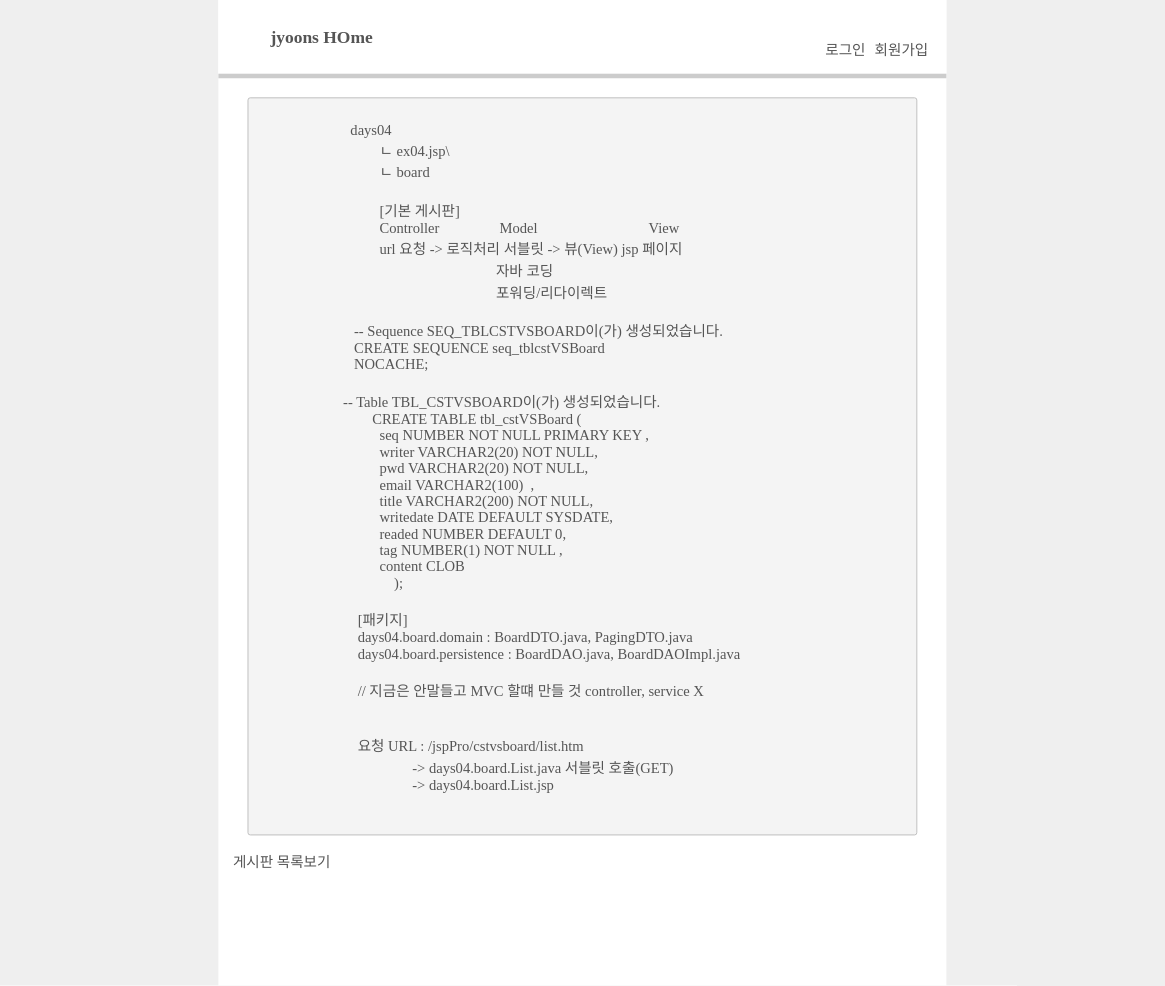
Repository: jyoons00/JSP-sample
Page: http://localhost/jspPro/days04/ex04.jsp
The author's editor kept a copy of each file at every save. The page is drawn from the files as they stood at one save, then again after the next save.
The browser window is 1280 px wide. The pictures show the whole page, at 91% of full size.
Some web fonts or font styles are not loaded; a fallback is used. The page is served by Tomcat 9. Other server files are loaded and not shown.

Above is the page before, as saved 2024-10-18 07:04:36.

### jspPro/src/main/webapp/days04/ex04.jsp
<%@ page contentType="text/html; charset=UTF-8" pageEncoding="UTF-8"%>
<%@ taglib prefix="c" uri="http://java.sun.com/jsp/jstl/core" %>
<!DOCTYPE html>
<html>
  <head>
    <meta charset="UTF-8" />
    <title>Insert title here</title>
    <link
      rel="shortcut icon"
      type="image/x-icon"
      href="http://localhost/jspPro/images/SiSt.ico"
    />
    <script src="https://ajax.googleapis.com/ajax/libs/jquery/3.7.1/jquery.min.js"></script>
    <meta name="viewport" content="width=device-width, initial-scale=1.0" />
    <link
      rel="stylesheet"
      href="http://localhost/jspPro/resources/cdn-main/example.css"
    />
    <script src="http://localhost/jspPro/resources/cdn-main/example.js"></script>
    <style>
      span.material-symbols-outlined {
        vertical-align: text-bottom;
      }
    </style>
  </head>
  <body>
    <header>
      <h1 class="main">
        <a href="#" style="position: absolute; top: 30px">jyoons HOme</a>
      </h1>
      <ul>
        <li><a href="#">로그인</a></li>
        <li><a href="#">회원가입</a></li>
      </ul>
    </header>
    <div>
      <xmp class="code">
   			days04
   				ㄴ ex04.jsp\
   				ㄴ board

   				[기본 게시판]
   				Controller		 Model				  View
   				url 요청 -> 로직처리 서블릿 -> 뷰(View) jsp 페이지
   								자바 코딩
   								포워딩/리다이렉트

   			 -- Sequence SEQ_TBLCSTVSBOARD이(가) 생성되었습니다.
		         CREATE SEQUENCE seq_tblcstVSBoard
		         NOCACHE;

		      -- Table TBL_CSTVSBOARD이(가) 생성되었습니다.
			      CREATE TABLE tbl_cstVSBoard (
			        seq NUMBER NOT NULL PRIMARY KEY ,
			        writer VARCHAR2(20) NOT NULL,
			        pwd VARCHAR2(20) NOT NULL,
			        email VARCHAR2(100)  ,
			        title VARCHAR2(200) NOT NULL,
			        writedate DATE DEFAULT SYSDATE,
			        readed NUMBER DEFAULT 0,
			        tag NUMBER(1) NOT NULL ,
			        content CLOB
		  		    );

		  	  [패키지]
		  	  days04.board.domain : BoardDTO.java, PagingDTO.java
		  	  days04.board.persistence : BoardDAO.java, BoardDAOImpl.java

		  	  // 지금은 안말들고 MVC 할떄 만들 것 controller, service X


		  	  요청 URL : /jspPro/cstvsboard/list.htm
		  	  		 -> days04.board.List.java 서블릿 호출(GET)
		  	  		 -> days04.board.List.jsp

  	  </xmp>

  	 <a href="/jspPro/cstvsboard/list.htm">게시판 목록보기</a>
    </div>

  </body>
</html>

### jspPro/src/main/webapp/resources/cdn-main/example.css
@charset "UTF-8";

@import url('https://fonts.googleapis.com/css2?family=Material+Symbols+Outlined:opsz,wght,FILL,GRAD@20..48,100..700,0..1,-50..200');

@font-face {
    font-family: 'GmarketSansMedium';
    src: url('https://cdn.jsdelivr.net/gh/projectnoonnu/noonfonts_2001@1.1/GmarketSansMedium.woff') format('woff');
    font-weight: normal;
    font-style: normal;
}

:root {
	--text-color: #555;
	--sub-text-color: #777;
	--back-color: #EFEFEF;
	--header-color: #444;
	--primary-color: #DEDEDE;
	--secondary-color: #EFEFEF;
	--default-width: 800px;
	--narrow-width: 500px;
	--wide-width: 1200px;
	--text-font: 'GmarketSansMedium';
	--icon-font: 'Material Symbols Outlined';
	--border-color: #CCC;
}

html, body {
	margin: 0;
	padding: 0;
}

html {
	background-color: var(--back-color);
	display: flex;
	justify-content: center;
	min-height: 100vh;
}

body, body.default {
	width: var(--default-width);
	background-color: white;
	padding-bottom: 120px;
}

body.wide {
	width: var(--wide-width);
}

body.narrow {
	width: var(--narrow-width);
}



body, p, div, span, a, input, select, option, textarea, button, table, th, td, label, fieldset, legend {
	font-family: var(--text-font);
	color: var(--text-color);
}

h1, h2, h3 {
	font-family: var(--text-font);
	color: var(--header-color);
	padding: 0 1rem;
	padding-top: .5rem;
}

div > h1, div > h2, div > h3 {
	padding: 0;
}

body > div, body > main > div {
	padding: 0.3rem 1rem;
}


h1 { font-size: 2rem; border-bottom: 1px solid var(--border-color); }
h1 small { font-size: 1.2rem; color: var(--sub-text-color); }
h2 { font-size: 1.5rem; border-bottom: 1px dashed var(--border-color); }
h2 small { font-size: 1.1rem; color: --sub-text-color; }
h3 { font-size: 1.2rem; }
h3 small { font-size: 1rem; color: --sub-text-color; }



h1.main::before {
	font-family: var(--icon-font);
  	content: '\e666';
  	margin-right: 10px;
  	float: left;
	font-size: 2.5rem;
}

h1.sub::before {
	font-family: var(--icon-font);
  	content: '\ea19';
  	margin-right: 10px;
  	float: left;
	font-size: 2.5rem;
}


h1.page::before {
	font-family: var(--icon-font);
  	content: '\e0e0';
  	margin-right: 10px;
  	float: left;
	font-size: 2.5rem;
}

body > header > ul > li > .active{
	background-color: #FFF;
	color:#F00;
}

body > header {
	display: flex;
	justify-content: space-between;
	border-bottom: 5px solid var(--border-color);
	min-height: 74px;
	background-color: #FFF;
}

body > header.sticky {
	position: sticky;
	top: 0;
	z-index: 98;
}

body > header > h1 {
	font-size: 1.2rem;
	border: 0;
}

body > header.in > h1::before {
	font-family: var(--icon-font);
  	content: '\e332‥';
  	margin-right: 3px;
  	float: left;
	font-size: 2rem;
}


body > header > ul {
	list-style-type: none;
	display: flex;
	align-items: flex-end;
	margin-right: 10px;
}

body > header > ul > li {
	margin-right: 10px;
	cursor: pointer;
}

body > header > ul > li > a {
	cursor: pointer;
}


form {
	display: block;
}

form > div {
	padding: 0.3rem 1rem;
}

div > form > div {
	padding: 0.3rem 0;
}

input, textarea, button, select {
	border: 1px solid #BBB;
	border-radius: 3px;
	outline: none;
	resize: none;
	padding: 7px;
	margin: 0;
}

input[type=text]:read-only, textarea:read-only {
	cursor: not-allowed;
	background-color: #FFF;
}

input[type=text]:disabled, textarea:disabled {
	cursor: not-allowed;
	background-color: #EEE;
}

input[type=text], input[type=password], textarea, button, select {
	/* width: 300px; */
}

textarea {
	display: block;
	height: 100px;
}

input[type=button], input[type=submit], button {
	/* width: inherit; */
}

input.short, textarea.short, button.short, select.short {
	width: 100px;
}

input.long, textarea.long, button.long, select.long {
	width: 350px;
}

.narrow input.long, .narrow textarea.long, .narrow button.long, .narrow select.long {
	width: calc(100% - 20px);
}

input.full, textarea.full, button.full, select.full {
	width: calc(100% - 20px);
}

textarea.short {
	height: 50px;
}

textarea.long {
	height: 100px;
}

textarea.full {
	height: 200px;
}

input, textarea {
	padding-top: 8px;
}

input[type=button], input[type=submit], button {
	padding: 5px 10px;
	background-color: var(--secondary-color);
	cursor: pointer;
	min-height: 36px;
}

input[type=button].primary, input[type=submit].primary, button.primary {
	/* background-color: rgba(100, 149, 237, .2); */
	background-color: var(--primary-color);
}

input[type=button].primary:hover, input[type=submit].primary:hover, button.primary:hover {
	/* background-color: rgba(100, 149, 237, .3); */
	background-color: var(--secondary-color);
}

input[type=button]:hover, input[type=submit]:hover, button:hover {
	background-color: var(--primary-color);
}

button {
	position: relative;
	left: 0;
	top: 0;
	padding-left: 35px;
}

button .material-symbols-outlined {
	position: absolute;
	left: 10px;
	top: 4px;
}

/* k2nik add */
button.login::before {
	font-family: var(--icon-font);
  	content: '\ea77';
	position: absolute;
	left: 11px;
	top: 4px;
	font-size: 1.25rem;
}

/* k2nik logout */
button.logout::before {
	font-family: var(--icon-font);
  	content: '\e9ba';
	position: absolute;
	left: 11px;
	top: 4px;
	font-size: 1.25rem;
}

/* k2nik help */
button.help::before {
	font-family: var(--icon-font);
  	content: '\f1c0';
	position: absolute;
	left: 11px;
	top: 4px;
	font-size: 1.25rem;
}

button.add::before{
	font-family: var(--icon-font);
  	content: '\e746';
	position: absolute;
	left: 11px;
	top: 4px;
	font-size: 1.25rem;
}

button.back::before {
	font-family: var(--icon-font);
  	content: '\e166';
	position: absolute;
	left: 11px;
	top: 4px;
	font-size: 1.25rem;
}

button.list::before {
	font-family: var(--icon-font);
  	content: '\e0ee';
	position: absolute;
	left: 11px;
	top: 4px;
	font-size: 1.25rem;
}


button.del::before {
	font-family: var(--icon-font);
  	content: '\e872';
	position: absolute;
	left: 11px;
	top: 4px;
	font-size: 1.25rem;
}


button.edit::before {
	font-family: var(--icon-font);
  	content: '\e745';
	position: absolute;
	left: 11px;
	top: 4px;
	font-size: 1.25rem;
}


button.login::before {
	font-family: var(--icon-font);
  	content: '\ea77';
	position: absolute;
	left: 11px;
	top: 4px;
	font-size: 1.25rem;
}


button.logout::before {
	font-family: var(--icon-font);
  	content: '\e9ba';
	position: absolute;
	left: 11px;
	top: 4px;
	font-size: 1.25rem;
}


button.in::before {
	font-family: var(--icon-font);
  	content: '\f71a';
	position: absolute;
	left: 11px;
	top: 4px;
	font-size: 1.25rem;
}


button.out::before {
	font-family: var(--icon-font);
  	content: '\f70e';
	position: absolute;
	left: 11px;
	top: 4px;
	font-size: 1.25rem;
}


button.reply::before {
	font-family: var(--icon-font);
  	content: '\e15e';
	position: absolute;
	left: 11px;
	top: 4px;
	font-size: 1.25rem;
}


button.comment::before {
	font-family: var(--icon-font);
  	content: '\e0b9';
	position: absolute;
	left: 11px;
	top: 4px;
	font-size: 1.25rem;
}


button.modal::before {
	font-family: var(--icon-font);
  	content: '\e89e';
	position: absolute;
	left: 11px;
	top: 4px;
	font-size: 1.25rem;
}


button.ok::before {
	font-family: var(--icon-font);
  	content: '\e86c';
	position: absolute;
	left: 11px;
	top: 4px;
	font-size: 1.25rem;
}


button.cancel::before {
	font-family: var(--icon-font);
  	content: '\e5c9';
	position: absolute;
	left: 11px;
	top: 4px;
	font-size: 1.25rem;
}

button.search::before {
	font-family: var(--icon-font);
  	content: '\e8b6';
	position: absolute;
	left: 11px;
	top: 4px;
	font-size: 1.25rem;
}

button.home::before {
	font-family: var(--icon-font);
  	content: '\e88a';
	position: absolute;
	left: 11px;
	top: 4px;
	font-size: 1.25rem;
}


button.sidebar::before {
	font-family: var(--icon-font);
  	content: '\f7e4';
	position: absolute;
	left: 11px;
	top: 4px;
	font-size: 1.25rem;
}


button.sidebar-right::before {
	font-family: var(--icon-font);
  	content: '\f7e5';
	position: absolute;
	left: 11px;
	top: 4px;
	font-size: 1.25rem;
}




button::before {
	font-family: var(--icon-font);
  	content: '\e323';
	position: absolute;
	left: 11px;
	top: 4px;
	font-size: 1.25rem;
}


table {
	border-collapse: collapse;
	margin: 1rem;
	box-sizing: border-box;
	width: calc(100% - 32px);
}

table.content {
	width: auto;
}

div > table {
	margin: 0;
}

table th, table td {
	border: 1px solid var(--border-color);
	padding: 7px;
	font-weight: normal;
}

table th {
	background-color: var(--back-color);
}

table.vertical th {
	width: 150px;
}

table.vertical td {
	width: calc(100% - 182px);
	padding-left: 10px;
}

table.content td, table.content th {
	width: auto;
}

body.narrow table.vertical th {
	width: 100px;
}

body.narrow table.vertical td {
	width: calc(100% - 182px);
}


table + table {
	margin-top: 30px;
}


p {
	padding: 0 1rem;
}

a {
	text-decoration: none;
}

a:hover {
	color: rgba(255, 99, 71, .7);
}

hr {
	border: 0;
	border-top: 1px solid var(--border-color);
	margin: 2rem 0;
}

.message {
	border: 1px solid var(--border-color);
	background-color: #EFEFEF;
	margin: 1rem;
	width: auto;
	padding-top: 10px;
	padding-bottom: 10px;
	font-size: 14px;
}

.message[title]::before {
	content: attr(title);
	display: block;
	border-bottom: 1px solid var(--border-color);
	padding-bottom: 5px;
	margin-bottom: 10px;
	margin-top: 7px;
}

.message.short {
	max-width: 250px;
}

.message.long {
	max-width: 500px;
}

.badge {
	float: right;
	font-size: .8rem;
	margin-top: 2px;
	margin-right: 2px;
	text-shadow: 0 0 7px gray;
}

.badge.left {
	float: none;
	margin-left: 2px;
}

.badge.right {
	float: right;
}

.badge.red {
	border-radius: 50%;
	padding: 2px 5px;
	background-color: rgb(255, 99, 71, .3);
}

.badge.yellow {

	border-radius: 50%;
	padding: 2px 5px;
	background-color: rgb(255, 215, 0, .5);
}

.badge.blue {
	border-radius: 50%;
	padding: 2px 5px;
	background-color: rgb(100, 149, 237, .3);
}

label + label {
	margin-left: 7px;
}

label input[type=checkbox], label input[type=radio] {
	transform: translate(0, 1px);
}

.group {
	display: flex;
}

.modal-content .group {
	margin-bottom: .5rem;
}

.group label {
	border: 1px solid #BBB;
	border-radius: 3px;
	outline: none;
	resize: none;
	padding: 7px 14px;
	margin: 0;
	border-top-right-radius: 0;
	border-bottom-right-radius: 0;
	background-color: #EFEFEF;
	white-space: nowrap;
	font-size: 14px;
}

.group input[type=text] {
	margin-left: -1px;
	border-top-left-radius: 0;
	border-bottom-left-radius: 0;
}

.group select {
	margin-left: -1px;
	border-top-left-radius: 0;
	border-bottom-left-radius: 0;
}

.group input.full[type=text] {
	margin-left: -1px;
	border-top-left-radius: 0;
	border-bottom-left-radius: 0;
	width: 100%;
}

.group input[type=button]:first-child, .group button:first-child {
	border-top-left-radius: 3px;
	border-bottom-left-radius: 3px;
	margin-left: 0px;
}

.group input[type=button], .group button {
	border-radius: 0;
	margin-left: -1px;
}

.group input[type=button]:last-child, .group button:last-child {
	margin-left: -1px;
	border-top-right-radius: 3px;
	border-bottom-right-radius: 3px;
}

.seperate {
	display: flex;
	justify-content: space-between;
}

div.list {
	width: max-content;
	margin: 1rem;
	border: 1px solid #BBB;
	border-radius: 3px;
	padding: 0;
}

div.list.full {
	width: auto;
	display: block;
	margin: 1rem;
	border: 1px solid #BBB;
	border-radius: 3px;
	padding: 0;
}

div.list > div {
	padding: .5rem 1rem;
	margin: 0;
	border-bottom: 1px solid #BBB;
}

div.list > div:last-child {
	border-bottom: 0;
}

pre.code , xmp.code{
	font-family: consols;
	background-color: rgba(150, 150, 150, .1);
	border: 1px solid #BBB;
	border-radius: 3px;
	padding: .5rem 1rem;
	padding-bottom: .6rem;
	margin: 1rem;
}




*[data-modal-window] {
	position: fixed;
	background-color: rgba(0, 0, 0, .3);
	left: 0;
	top: 0;
	display: none;
	justify-content: center;
	align-items: flex-start;
	width: 100%;
	min-height: 100vh;
	z-index: 100;
	opacity: 0;
	transition: 500ms all;
}

*[data-modal-window] .modal-container {
	border-radius: 5px;
	padding: 1rem;
	padding-bottom: .5rem;
	margin-top: -500px;
	opacity: 0;
	width: 500px;
	background-color: #FFF;
	margin-right: 2rem;
	transition: 500ms all;
}

*[data-modal-size=content] .modal-container {
	width: auto;
}

*[data-modal-size=narrow] .modal-container {
	width: 300px;
}

*[data-modal-size=wide] .modal-container {
	width: 760px;
}


*[data-modal-window] .modal-header {
	border-bottom: 1px solid var(--border-color);
	padding: 2px 5px;
}

*[data-modal-window] .modal-content {
	padding: 1rem 5px;
}

*[data-modal-window] .modal-content div:last-child {
	margin-top: 1rem;
	text-align: right;
}



*[data-sidebar-window] {
	position: fixed;
	background-color: #FFF;
	left: 0;
	top: 0;
	display: block;
	width: 300px;
	border-right: 1px solid var(--border-color);
	box-sizing: border-box;
	box-shadow: 0 0 3px var(--back-color);
	min-height: 100vh;
	z-index: 99;
	transform: translate(-300px, 0);
	transition-duration: 500ms;
	transition-property: transform;
}

*[data-sidebar-direction=right] {
	left: auto;
	right: 0;
	transform: translate(300px, 0);
	border-left: 1px solid var(--border-color);
}

*[data-sidebar-size=wide] {
	width: 500px;
	transform: translate(-500px, 0);
}

*[data-sidebar-window] .sidebar-title {
	border-bottom: 1px solid var(--border-color);
	margin-top: 20px;
	margin-bottom: 20px;
	padding-bottom: 5px;
	display: flex;
	justify-content: space-between;
}

*[data-sidebar-window] .sidebar-title span:last-child {
	cursor: pointer;
}


/* K2Nik pagination */
.center {
  text-align: center;
}

.pagination {
  display: inline-block;
}

.pagination a {
  color: black;
  float: left;
  padding: 3px 6px;
  text-decoration: none;
  transition: background-color .3s;
  border: 1px solid #ddd;
  margin: 0 3px;
}

.pagination a.active {
  background-color: #4CAF50;
  color: white;
  border: 1px solid #4CAF50;
}

.pagination a:hover:not(.active) {background-color: #ddd;}

### jspPro/src/main/webapp/resources/cdn-main/example.js

window.onload = () => {

    const list = document.querySelectorAll('input, textarea');

    list.forEach(item => {
        item.setAttribute('autocomplete', 'off');
    });


    const modal_btn_list = document.querySelectorAll('*[data-modal-button]');

    modal_btn_list.forEach(item => {
        item.onclick = function() {

            const name = this.dataset['modalButton'];
            const modal_window = document.querySelector('*[data-modal-window=' + name);

            const container = document.createElement('div');
            container.className = 'modal-container';



            const modal_header = document.createElement('div');
            modal_header.textContent = modal_window.dataset['modalTitle'];
            modal_header.className = 'modal-header';
            container.appendChild(modal_header);

            const modal_content = document.createElement('div');
            modal_content.className = 'modal-content';
            container.appendChild(modal_content);

            Array.from(modal_window.childNodes).forEach(item => {
                modal_content.appendChild(item);
            });

            modal_window.appendChild(container);

            modal_window.style.display = 'flex';

            setTimeout(() => {
                modal_window.style.opacity = 1;
                container.style.marginTop = '20px';
                container.style.opacity = 1;
            }, 50);


            const modal_ok = document.querySelector('*[data-modal-ok=' + name);
            modal_ok.addEventListener('click', function() {
                modal_window.style.opacity = 0;
                container.style.marginTop = '-500px';
                container.style.opacity = 0;

                setTimeout(() => {
                    modal_window.innerHTML = modal_content.innerHTML;
                    modal_window.style.display = 'none';
                }, 500);

            });

            const modal_cancel = document.querySelector('*[data-modal-cancel=' + name);
            modal_cancel.addEventListener('click', function() {

                modal_window.style.opacity = 0;
                container.style.marginTop = '-500px';
                container.style.opacity = 0;

                setTimeout(() => {
                    modal_window.innerHTML = modal_content.innerHTML;
                    modal_window.style.display = 'none';
                }, 500);
            });


        };
    });


    const sidebar_btn_list = document.querySelectorAll('*[data-sidebar-button]');

    sidebar_btn_list.forEach(item => {
        item.onclick = function() {



            const name = this.dataset['sidebarButton'];
            const sidebar_window = document.querySelector('*[data-sidebar-window=' + name);

            if (sidebar_window.style.transform == 'translate(0px, 0px)') return;



            sidebar_window.style.transform = 'translate(0, 0)';

            const sidebar_title = document.createElement('div');
            sidebar_title.className = 'sidebar-title';
            sidebar_title.innerHTML = '<span>' + sidebar_window.dataset['sidebarTitle'] + '</span><span class="material-symbols-outlined">close</span>';

            sidebar_title.children[1].onclick = function() {

                let sign = 1;
                let distance = 300;

                if (sidebar_window.dataset['sidebarDirection'] != 'right') {
                    sign = -1;
                } else {
                    sign = 1;
                }

                if (sidebar_window.dataset['sidebarSize'] != 'wide') {
                    distance = 300;
                } else {
                    distance = 500;
                }

                distance *= sign;

                sidebar_window.style.transform = 'translate(' + distance + 'px, 0)';

                setTimeout(function() {
                    sidebar_window.removeChild(sidebar_window.children[0]);
                }, 500);
            };


            sidebar_window.prepend(sidebar_title);

        }
    });

};

// window.onkeydown = function(event) {

//     if (event.keyCode == 27) {
//         if (document.querySelector('[data-modal-window').style.display == 'flex') {
//             document.querySelector('[data-modal-window').style.display = 'none';
//         }
//     }

// };

After the next save:
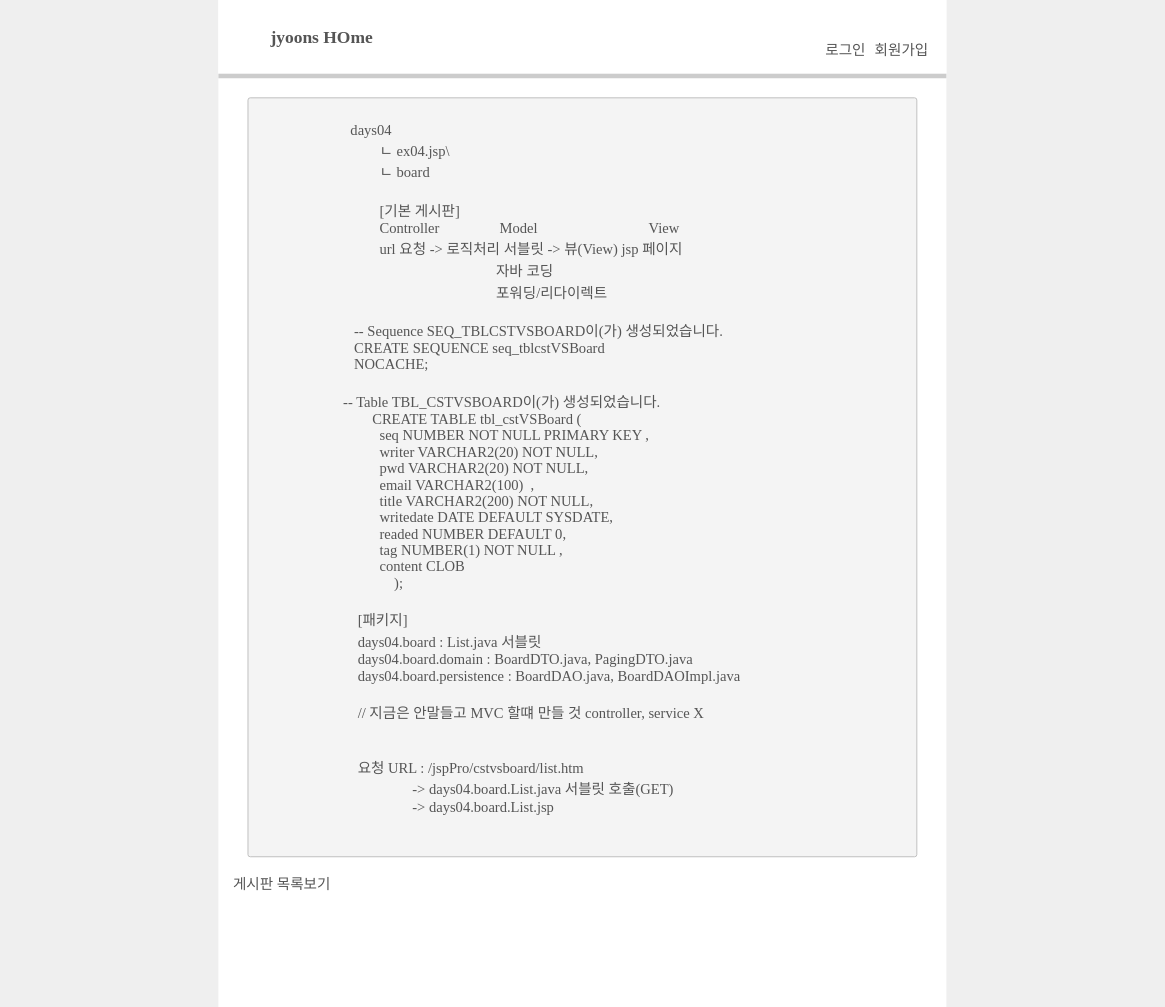
Saved 9 min 15 s later.
--- a/jspPro/src/main/webapp/days04/ex04.jsp
+++ b/jspPro/src/main/webapp/days04/ex04.jsp
@@ -63,6 +63,7 @@
 		  		    );
 
 		  	  [패키지]
+		  	  days04.board : List.java 서블릿
 		  	  days04.board.domain : BoardDTO.java, PagingDTO.java
 		  	  days04.board.persistence : BoardDAO.java, BoardDAOImpl.java
 
